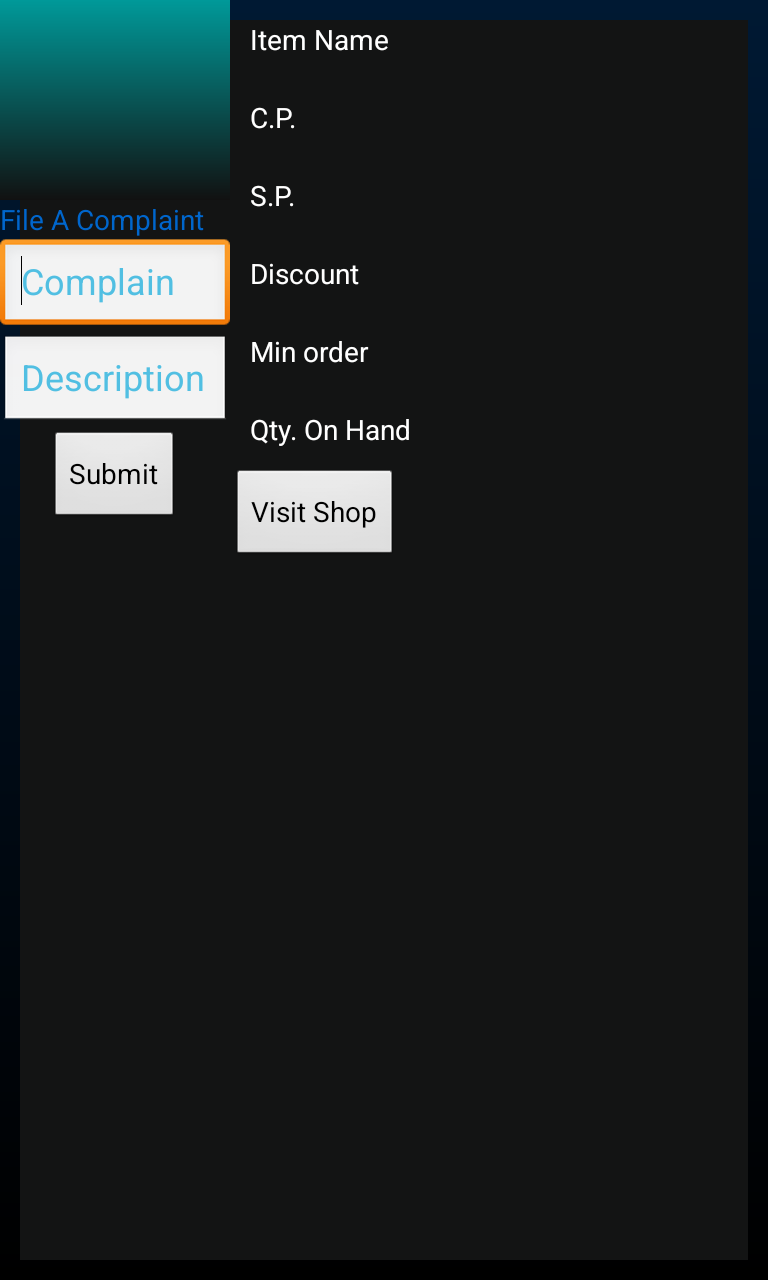
Repository: jasleen1291/B2BMobileApplication
Layout: Mobile E Commerce/B2B/res/layout/item.xml
An editor plug-in stored every save of this project. The layout is shown before and after the next save, followed by the edit.
It is drawn on a 768 x 1280 px phone screen (xhdpi) without system bars, with theme mycustomtheme; the app's code is not run.

Above is the layout before, as saved 2013-05-27 21:17:50.

### Mobile E Commerce/B2B/res/layout/item.xml
<?xml version="1.0" encoding="utf-8"?>
<LinearLayout xmlns:android="http://schemas.android.com/apk/res/android"
    android:layout_width="match_parent"
    android:layout_height="match_parent"
    android:orientation="horizontal" >

    <LinearLayout
        android:layout_width="0dp"
        android:layout_height="match_parent"
        android:layout_weight="3"
        android:orientation="vertical" >

        <ImageView
            android:id="@+id/imageView1"
            android:layout_width="match_parent"
            android:layout_height="100dp"
            android:contentDescription="@string/action_forgot_password"
            android:src="@drawable/listlevel1" />

        <LinearLayout
            android:layout_width="match_parent"
            android:layout_height="match_parent"
            android:orientation="vertical" >

            <TextView
                android:id="@+id/textView1"
                android:layout_width="match_parent"
                android:layout_height="wrap_content"

                android:text="@string/file_complaint"
                android:textAppearance="?android:attr/textAppearanceSmall" />

            <EditText
                android:id="@+id/editText1"
                android:layout_width="match_parent"
                android:layout_height="wrap_content"
                android:hint="@string/complain" >

                <requestFocus />
            </EditText>

            <EditText
                android:id="@+id/editText2"
                android:layout_width="match_parent"
                android:layout_height="wrap_content"
                android:hint="@string/description"
                android:inputType="textMultiLine" />

            <Button
                android:id="@+id/button1"
                android:layout_width="wrap_content"
                android:layout_height="wrap_content"
                android:layout_gravity="center_horizontal"
                android:text="@string/submit" />

        </LinearLayout>



    </LinearLayout>
 <LinearLayout
           android:layout_width="0dp"
        android:layout_height="match_parent"
        android:layout_weight="7"
            android:orientation="vertical" >

<TableLayout
    android:layout_width="wrap_content"
    android:layout_height="wrap_content"

    android:gravity="left"
    android:orientation="vertical"
    android:padding="0dp"
    android:stretchColumns="*" >

        <TableRow
            android:id="@+id/TableRow4"
            android:layout_width="fill_parent"
            android:layout_height="wrap_content" >

            <TextView
                style="@style/titlebarstylesmall"
                android:layout_width="wrap_content"
                android:layout_height="wrap_content"
                android:padding="10dp"

                android:text="@string/itemname" />

            <TextView
                android:id="@+id/name"
                style="@style/titlebarstylesmall"
                android:layout_width="wrap_content"
                android:layout_height="wrap_content"
                android:padding="10dp"
                android:layout_gravity="right"
                android:textIsSelectable="false" />
        </TableRow>

        <TableRow
            android:id="@+id/TableRow6"
            android:layout_width="fill_parent"
            android:layout_height="wrap_content" >

            <TextView
                style="@style/titlebarstylesmall"
                android:layout_width="wrap_content"
                android:layout_height="wrap_content"
                android:padding="10dp"
                android:text="@string/cp" />

            <TextView
                android:id="@+id/cp"
                style="@style/titlebarstylesmall"
                android:layout_width="wrap_content"
                android:layout_height="wrap_content"
                android:padding="10dp"
                android:layout_gravity="right"
                android:textIsSelectable="false" />
        </TableRow>

        <TableRow
            android:id="@+id/TableRow1"
            android:layout_width="fill_parent"
            android:layout_height="wrap_content"
            android:layout_margin="0dp"
            android:focusable="false"
            android:paddingTop="0dp" >

            <TextView
                style="@style/titlebarstylesmall"
                android:layout_width="wrap_content"
                android:layout_height="wrap_content"
                android:padding="10dp"
                android:text="@string/sp" />

            <TextView
                android:id="@+id/sp"
                style="@style/titlebarstylesmall"
                android:layout_width="wrap_content"
                android:layout_height="wrap_content"
                android:padding="10dp"
                android:layout_gravity="right"
                android:textIsSelectable="false" />
        </TableRow>

        <TableRow
            android:id="@+id/TableRow2"
            android:layout_width="fill_parent"
            android:layout_height="wrap_content" >

            <TextView
                style="@style/titlebarstylesmall"
                android:layout_width="wrap_content"
                android:layout_height="wrap_content"
                android:padding="10dp"
                android:text="@string/discount" />

            <TextView
                android:id="@+id/discount"
                style="@style/titlebarstylesmall"
                android:layout_width="wrap_content"
                android:layout_height="wrap_content"
                android:padding="10dp"
                android:layout_gravity="right"
                android:textIsSelectable="false" />
        </TableRow>

        <TableRow
            android:id="@+id/TableRow3"
            android:layout_width="fill_parent"
            android:layout_height="wrap_content" >

            <TextView
                style="@style/titlebarstylesmall"
                android:layout_width="wrap_content"
                android:layout_height="wrap_content"
                android:padding="10dp"
                android:text="@string/minorder" />

            <TextView
                android:id="@+id/minorder"
                style="@style/titlebarstylesmall"
                android:layout_width="wrap_content"
                android:layout_height="wrap_content"
                android:padding="10dp"
                android:layout_gravity="right"
                android:textIsSelectable="false" />
        </TableRow>

        <TableRow
            android:layout_width="fill_parent"
            android:layout_height="wrap_content" >

            <TextView
                style="@style/titlebarstylesmall"
                android:layout_width="wrap_content"
                android:layout_height="wrap_content"
                android:padding="10dp"
                android:text="@string/qtyonhand" />

            <TextView
                android:id="@+id/qtyonhand"
                style="@style/titlebarstylesmall"
                android:layout_width="wrap_content"
                android:layout_height="wrap_content"
                android:padding="10dp"
                android:layout_gravity="right"
                android:textIsSelectable="false" />
        </TableRow>
    </TableLayout>

     <Button
         android:id="@+id/button2"
         android:layout_width="wrap_content"
         android:layout_height="wrap_content"
         android:text="@string/visitshop" />

        </LinearLayout>
</LinearLayout>

### Mobile E Commerce/B2B/res/values/mycustomtheme.xml
<?xml version="1.0" encoding="utf-8"?>
<resources xmlns:android="http://schemas.android.com/apk/res/android">
    <style name="mycustomtheme" parent="@android:style/Theme.NoTitleBar.Fullscreen">
        <item name="android:windowBackground">@drawable/mybg</item>
       	<item name="android:textColor">#0066cc</item>
       	<item name="android:textColorHint">#51BFE2</item>
    </style>

</resources>

### Mobile E Commerce/B2B/res/drawable/mybg.xml
<?xml version="1.0" encoding="utf-8"?>
<layer-list  xmlns:android="http://schemas.android.com/apk/res/android">
    <item>
<shape android:shape="rectangle">



        <gradient android:startColor="#001933"  android:endColor="#000" android:angle="270"/>


</shape>
</item>
<item android:left="10dp" android:top="10dp" android:right="10dp" android:bottom="10dp">

<shape android:shape="rectangle">



        <solid android:color="#131414"></solid>


</shape>
</item>
</layer-list>

### Mobile E Commerce/B2B/res/values/strings_activity_login.xml
<resources>

    <string name="title_activity_login">Sign in</string>

    <!-- Strings related to login -->
    <string name="prompt_email">Username</string>
    <string name="prompt_password">Password</string>
    <string name="action_sign_in_register"><b>Sign in</b> or register</string>
    <string name="action_sign_in_short">Sign in</string>
    <string name="action_forgot_password">Recover lost password</string>
    <string name="login_progress_signing_in">Signing in&#8230;</string>
    <string name="error_invalid_email">This email address is invalid</string>
    <string name="error_invalid_password">This password is too short</string>
    <string name="error_incorrect_password">This password is incorrect</string>
    <string name="error_field_required">This field is required</string>
    <string name="login">Login</string>

</resources>

### Mobile E Commerce/B2B/res/drawable/listlevel1.xml
<?xml version="1.0" encoding="utf-8"?>
<shape xmlns:android="http://schemas.android.com/apk/res/android" >
     <gradient  android:endColor="#009999" android:startColor="#111111" android:angle="90"/>

</shape>

### Mobile E Commerce/B2B/res/values/strings.xml
<?xml version="1.0" encoding="utf-8"?>
<resources>

    <string name="app_name">B2B</string>
    <string name="action_settings">Settings</string>
    <string name="hello_world">Hello world!</string>
    <string name="Loading">Loading&#8230;&#8230;&#8230;</string>
    <string name="title_activity_sign_up">Sign Up</string>

    <string-array name="signUpAsArray">
        <item>Customer</item>
        <item>Retailer</item>
        <item>Supplier</item>
    </string-array>

    <string name="title_activity_registeration">RegisterationActivity</string>
    <string name="title_activity_customer_area">CustomerArea</string>
    <string name="welcome">Welcome</string>
    <string name="title_activity_admin_area">Admin_area</string>
    <string name="general_complaint_fragment">General Complaint</string>
    <string name="hello_blank_fragment">Hello blank fragment</string>
    <string name="general_complaint">General Complaint</string>
    <string name="respond">Respond</string>
    <string name="submit">Submit</string>
    <string name="addcategory">Parent Category</string>
    <string name="categoryhint">Category</string>
    <string name="AddParentCategory">Add super category</string>
    <string name="complaintAbout">Complaint About</string>
    <string name="complainFrom">Complaint From</string>
    <string name="itemComplaint">Complaints about Items</string>
    <string name="shopComplaint">Complaint about shop</string>
    <string name="generalNotification">General Notification</string>
    <string name="urgentNotification">Urgent Notification</string>
    <string name="title">Title</string>
    <string name="message">Message</string>
    <string name="markAll">Mark all</string>
    <string name="advertisementPricing">Advertisement Pricing</string>
    <string name="desc">Description</string>
    <string name="days">No of days</string>
    <string name="cost">Cost</string>
    <string name="size">Size of advertisement</string>
    <string name="type">Type</string>
    <string name="fine">Fine</string>
    <string name="pickCategory">Pick a Category</string>

    <string-array name="typeArray">
        <item>Retailer</item>
        <item>Supplier</item>
    </string-array>

    <string name="update">Update</string>
    <string name="delete">Delete</string>
    <string name="view_advertisement">View Advertisements</string>
    <string name="noofcategories">No of Categories</string>
    <string name="shoppricing">Shop Pricing</string>
    <string name="view_fine_pricing">View Fine Pricing</string>
    <string name="shop_pricing">Shop Pricing</string>
    <string name="subCategory">Add Sub Category</string>
    <string name="addshop">Add Shop</string>
    <string name="title_activity_pay_fine">Pay Fine</string>
    <string name="finetitle">Your account has been suspended by the admin. Pay fine to continue using this applciation.</string>
    <string name="fineabc">Your payment has been received. Your account will now be restored. Please wait few minutes</string>
    <string name="title_activity_retailer_area">Retailer_area</string>
    <string name="title_activity_first_time_login">FirstTimeLogin</string>
    <string name="EditMyCategories">Edit My Categories</string>
    <string name="addnewitem">Add New Item</string>
    <string name="itemname">Item Name</string>
    <string name="longdescription">Long Description</string>
    <string name="qtyperunit">Qty Per unit</string>
    <string name="unit_of_measurement">Unit of Measurement</string>
    <string name="shopName">Shop Name</string>
    <string name="description">Description</string>
    <string name="categoriesAllowed">No of categories allowed</string>
    <string name="itemsSelling">No of Items Selling</string>
    <string name="itemsAvailable">No of Items not Selling</string>
    <string name="expirydate">Expiry Date</string>
    <string name="paymentEmail">Payment Email</string>
    <string name="selectcategory">Select a Category</string>
    <string name="clicktochange">Click On Image To Change It</string>
    <string name="cp">C.P.</string>
    <string name="sp">S.P.</string>
    <string name="minorder">Min order</string>
    <string name="discount">Discount</string>
    <string name="qtyonorder">Qty. On Order</string>
    <string name="qtyonhand">Qty. On Hand</string>
    <string name="qty">Qty.</string>
    <string name="viewdetails">View Details</string>
    <string name="note">Long Click on Image to view expanded image</string>
    <string name="chngImg">Change Image</string>
    <string name="addWarehouse">Add Warehouse</string>
    <string name="name">Name</string>
    <string name="cancel">Cancel</string>
    <string name="itemavailabilty">Item Availabilty</string>
    <string name="batchDiscounts">Batch Discounts</string>
    <string name="clicktoupdate">Click to Update</string>
    <string name="add">Add</string>
    <string name="place_order">Place Order</string>
    <string name="Method">Method</string>
    <string name="warehouse">Warehouse</string>
    <string-array name="ordervia">
        <item >Email</item>
        <item >Phone</item>
    </string-array>
        <string name="total">Total</string>
        <string name="zero">0</string>
        <string name="totalitems">Total No of Items</string>
        <string name="date">Date</string>
        <string name="placed_by">Placed To</string>
        <string name="placed_to">Placed To</string>
        <string name="shipment_address">Shipment Address</string>
        <string name="vieworderlist">View Orders List</string>
        <string name="order_details">Order Details</string>
        <string name="update_status">Update Status</string>
        <string name="categories">Categories</string>
        <string name="plan_details">Plan Details</string>
        <string name="choose_background">Choose background</string>
        <string name="buy_advertisement">Buy Advertisement</string>
        <string name="choose_text_color">Choose text Color</string>
        <string name="view_warehouses">View Warehouse</string>
        <string name="shippingPrice">Shipping Price</string>
        <string name="subscribe_items">Subscribe items</string>
        <string name="file_complaint">File A Complaint</string>
        <string name="complain">Complain</string>
        <string name="visitshop">Visit Shop</string>

</resources>

### Mobile E Commerce/B2B/res/values/styles.xml
<?xml version="1.0" encoding="utf-8"?>
<resources xmlns:android="http://schemas.android.com/apk/res/android">

    <!--
        Base application theme, dependent on API level. This theme is replaced
        by AppBaseTheme from res/values-vXX/styles.xml on newer devices.

    -->
    <style name="AppBaseTheme" parent="android:Theme.Light">
        <!--
            Theme customizations available in newer API levels can go in
            res/values-vXX/styles.xml, while customizations related to
            backward-compatibility can go here.

        -->
    </style>

    <!-- Application theme. -->
    <style name="AppTheme" parent="AppBaseTheme">
        <!-- All customizations that are NOT specific to a particular API-level can go here. -->
    </style>

    <style name="LoginFormContainer">
        <item name="android:layout_width">match_parent</item>
        <item name="android:layout_height">wrap_content</item>
        <item name="android:padding">16dp</item>
    </style>
    <style name="TextViewStyle">
        <item name="android:layout_width">wrap_content</item>
        <item name="android:layout_height">wrap_content</item>
        <item name="android:gravity">right</item>
        <item name="android:textSize">14sp</item>
        <item name="android:textColor">#0066cc</item>
        <item name="android:layout_margin">5dp</item>
    </style>
	<style name="EditTextStyle">
        <item name="android:layout_width">match_parent</item>
        <item name="android:layout_height">wrap_content</item>
        <item name="android:textSize">16sp</item>
        <item name="android:textColor">#0066cc</item>

        <item name="android:layout_marginLeft">16dp</item>
        <item name="android:layout_marginRight">16dp</item>
        <item name="android:layout_marginTop">5dp</item>
        <item name="android:background">@drawable/textview_border</item>
    </style>
	<style name="SpinnerStyle">
        <item name="android:layout_width">match_parent</item>
        <item name="android:layout_height">wrap_content</item>
        <item name="android:textSize">16sp</item>
        <item name="android:textColor">#0066cc</item>

        <item name="android:layout_marginLeft">16dp</item>
        <item name="android:layout_marginRight">16dp</item>
        <item name="android:layout_marginTop">5dp</item>

    </style>
	<style name="titlebarstyle">
	    <item name="android:layout_marginBottom">10dp</item>
        <item name="android:layout_width">match_parent</item>
        <item name="android:layout_height">wrap_content</item>
        <item name="android:background">@drawable/titlebar</item>
        <item name="android:textColor">@android:color/white</item>
        <item name="android:textAppearance">?android:attr/textAppearanceLarge</item>
	</style>
	<style name="titlebarstylesmall">


        <item name="android:textColor">@android:color/white</item>

	</style>
</resources>

After the next save:
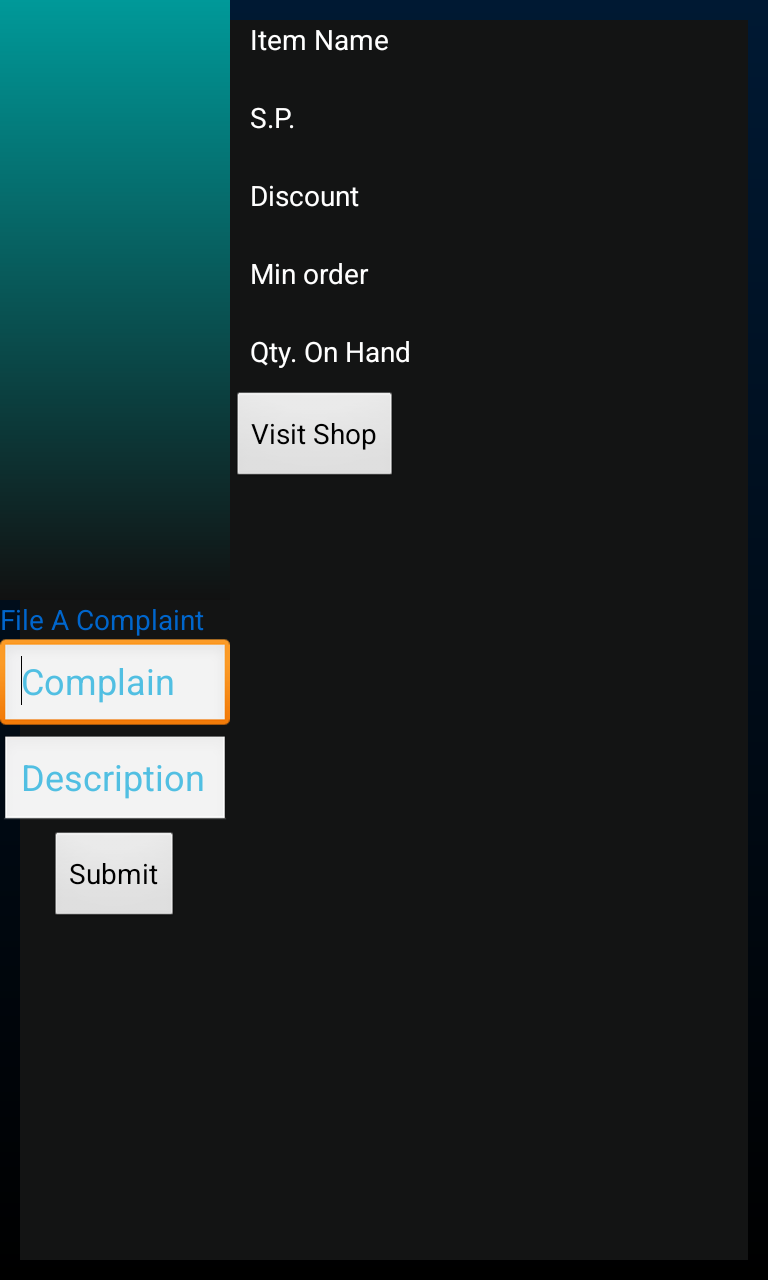
Saved 6 min 7 s later.
--- a/Mobile E Commerce/B2B/res/layout/item.xml
+++ b/Mobile E Commerce/B2B/res/layout/item.xml
@@ -13,7 +13,7 @@
         <ImageView
             android:id="@+id/imageView1"
             android:layout_width="match_parent"
-            android:layout_height="100dp"
+            android:layout_height="300dp"
             android:contentDescription="@string/action_forgot_password"
             android:src="@drawable/listlevel1" />
 
@@ -88,28 +88,6 @@
 
             <TextView
                 android:id="@+id/name"
-                style="@style/titlebarstylesmall"
-                android:layout_width="wrap_content"
-                android:layout_height="wrap_content"
-                android:padding="10dp"
-                android:layout_gravity="right"
-                android:textIsSelectable="false" />
-        </TableRow>
-
-        <TableRow
-            android:id="@+id/TableRow6"
-            android:layout_width="fill_parent"
-            android:layout_height="wrap_content" >
-
-            <TextView
-                style="@style/titlebarstylesmall"
-                android:layout_width="wrap_content"
-                android:layout_height="wrap_content"
-                android:padding="10dp"
-                android:text="@string/cp" />
-
-            <TextView
-                android:id="@+id/cp"
                 style="@style/titlebarstylesmall"
                 android:layout_width="wrap_content"
                 android:layout_height="wrap_content"
